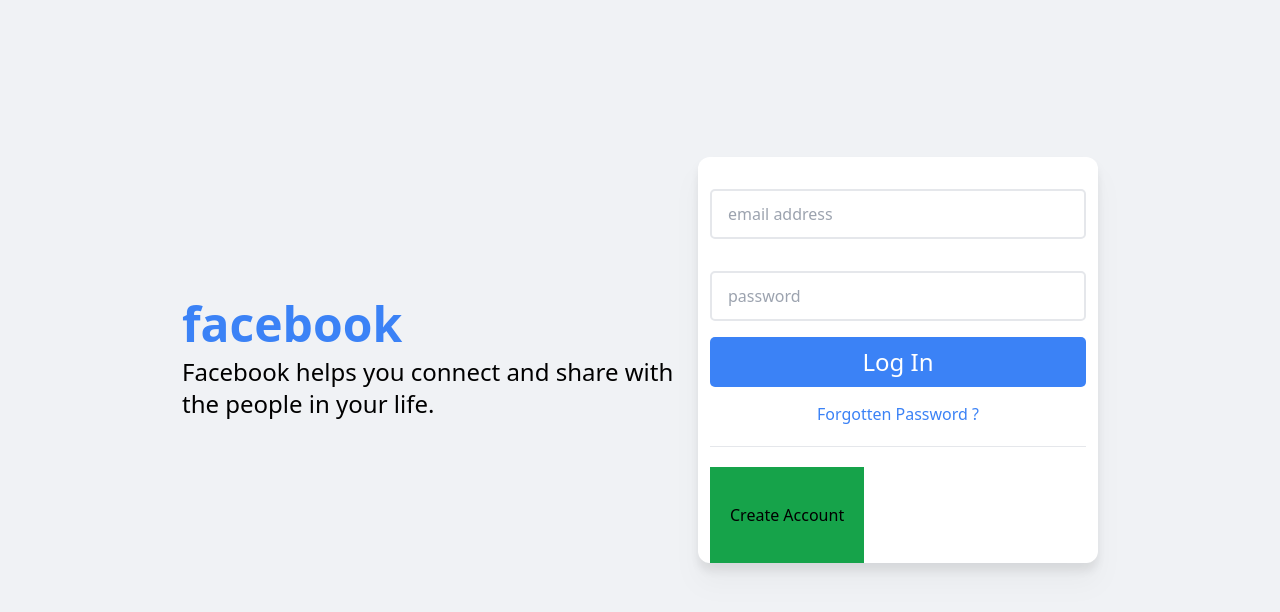
Repository: SOG-web/facebook-clone-react
Page: /
An editor plug-in stored every save of this project. The page is shown before and after the next save, followed by the edit.
The browser window is 1280 px wide. The pictures show the whole page.
The page's requests for data from a server got no answer. Some web libraries are served in a nearby version. The project was rebuilt for these pictures with package versions that can differ from the ones it lists, and the page was loaded fresh each time. No one was signed in, and anything a server would have sent is missing. Also part of the build but not shown: src/components/navbar.jsx.

Above is the page before, as saved 2022-08-31 14:26:04.

### public/index.html
<!DOCTYPE html>
<html lang="en">
  <head>
    <meta charset="utf-8" />
    <link rel="icon" href="%PUBLIC_URL%/favicon.ico" />
    <meta name="viewport" content="width=device-width, initial-scale=1" />
    <meta name="theme-color" content="#000000" />
    <meta
      name="description"
      content="Web site created using create-react-app"
    />
    <link rel="apple-touch-icon" href="%PUBLIC_URL%/logo192.png" />
    <!--
      manifest.json provides metadata used when your web app is installed on a
      user's mobile device or desktop. See https://developers.google.com/web/fundamentals/web-app-manifest/
    -->
    <link rel="manifest" href="%PUBLIC_URL%/manifest.json" />
    <!--
      Notice the use of %PUBLIC_URL% in the tags above.
      It will be replaced with the URL of the `public` folder during the build.
      Only files inside the `public` folder can be referenced from the HTML.

      Unlike "/favicon.ico" or "favicon.ico", "%PUBLIC_URL%/favicon.ico" will
      work correctly both with client-side routing and a non-root public URL.
      Learn how to configure a non-root public URL by running `npm run build`.
    -->
    <title>React App</title>
    <script
      src="https://kit.fontawesome.com/2345683446.js"
      crossorigin="anonymous"
    ></script>
  </head>
  <body>
    <noscript>You need to enable JavaScript to run this app.</noscript>
    <div id="root"></div>
    <!--
      This HTML file is a template.
      If you open it directly in the browser, you will see an empty page.

      You can add webfonts, meta tags, or analytics to this file.
      The build step will place the bundled scripts into the <body> tag.

      To begin the development, run `npm start` or `yarn start`.
      To create a production bundle, use `npm run build` or `yarn build`.
    -->
  </body>
</html>

### src/App.js
import React, { useEffect, useState } from 'react';

import Navbar from './components/navbar';
import Login from './pages/Login';
import { fireAuth } from './firebase';

function App() {
  const [user, setUser] = useState();

  const onAuthStateChanged = (user) => {
    console.log(user);
  };

  useEffect(() => {
    const subscriber = fireAuth.onAuthStateChanged(onAuthStateChanged);
    console.log(subscriber);
    return subscriber; // unsubscribe on unmount
  }, []);

  return <Login />;
}

export default App;

### src/pages/Login.jsx
import React from 'react';
import * as Yup from 'yup';
import { useFormik } from 'formik';
import { createUserWithEmailAndPassword } from 'firebase/auth';

import { fireAuth } from '../firebase';

const validationSchema = Yup.object({
  email: Yup.string()
    .email('Invalid email address')
    .label('Email')
    .required('Email is Required'),
  password: Yup.string()
    .min(8, 'Must be 6 characters or more')
    .matches(
      /^(?=.*[a-z])(?=.*[A-Z])(?=.*\d)(?=.*[@$!%*?&])[A-Za-z\d@$!%*?&]{6,}$/,
      'Password must contain at least one lowercase letter, one uppercase letter, one number and one special character'
    )
    .label('Password')
    .required('Password is required'),
});

function Login() {
  const formik = useFormik({
    initialValues: {
      email: '',
      password: '',
    },
    validationSchema: validationSchema,
    onSubmit: (values) => {
      console.log(values);
      createUserWithEmailAndPassword(fireAuth, values.email, values.password)
        .then((userCredential) => {
          // Signed in
          const user = userCredential.user;
          // ...
        })
        .catch((error) => {
          const errorCode = error.code;
          const errorMessage = error.message;
          console.log(errorMessage);
          // ..
        });
    },
  });

  return (
    <div className=' bg-[#f0f2f5] min-h-screen flex flex-row justify-center items-center gap-4'>
      <div className='flex flex-col item-start gap-2 w-[500px]'>
        <h1 className='text-5xl font-bold text-blue-500'>facebook</h1>
        <p className='text-2xl'>
          Facebook helps you connect and share with the people in your life.
        </p>
      </div>
      <div className='flex flex-col gap-2'>
        <div className='bg-white w-[400px] drop-shadow-xl rounded-xl px-3'>
          <form onSubmit={formik.handleSubmit} className='w-full'>
            <div className='mb-4 mt-4'>
              <input
                id='email'
                type='text'
                {...formik.getFieldProps('email')}
                placeholder='email address'
                className='h-[50px] p-4 w-full border-2 rounded-[5px] mt-4'
              />
              {formik.touched.email && formik.errors.email ? (
                <div>{formik.errors.email}</div>
              ) : null}
            </div>

            <div className='mb-4'>
              <input
                id='password'
                type='text'
                placeholder='password'
                {...formik.getFieldProps('password')}
                className='h-[50px] p-4 w-full border-2 rounded-[5px] mt-4'
              />
              {formik.touched.password && formik.errors.password ? (
                <div>{formik.errors.password}</div>
              ) : null}
            </div>

            <button
              type='submit'
              className='bg-blue-500 w-full h-[50px] rounded-[5px] text-white font-medium text-[24px]'
            >
              Log In
            </button>
          </form>
          <p className='text-blue-500 text-center mt-[15px] capitalize'>
            forgotten password ?
          </p>
          <hr className='bg-black h-[1px] mt-5 mb-5' />
          <button className=' bg-green-600 px-5 py-9'>Create Account</button>
        </div>
      </div>
    </div>
  );
}

export default Login;

### src/firebase.js
// Import the functions you need from the SDKs you need
import { initializeApp } from 'firebase/app';
import { getAnalytics } from 'firebase/analytics';
import { getFirestore } from 'firebase/firestore';
import { getAuth } from 'firebase/auth';
// TODO: Add SDKs for Firebase products that you want to use
// https://firebase.google.com/docs/web/setup#available-libraries

// Your web app's Firebase configuration
// For Firebase JS SDK v7.20.0 and later, measurementId is optional
const firebaseConfig = {
  apiKey: 'AIzaSyCliJAh0pk6lGBBOmiblgbm_2XlMeJhlY8',
  authDomain: 'facebook-clone-react-c8a3f.firebaseapp.com',
  projectId: 'facebook-clone-react-c8a3f',
  storageBucket: 'facebook-clone-react-c8a3f.appspot.com',
  messagingSenderId: '364663995490',
  appId: '1:364663995490:web:95bf78941ca9d5cd07e53b',
  measurementId: 'G-HP4XR8NQH9',
};

// Initialize Firebase
export const app = initializeApp(firebaseConfig);
export const analytics = getAnalytics(app);
export const fireStore = getFirestore(app);
export const fireAuth = getAuth(app);

Loaded but not shown: src/index.js (common file); src/index.css (common file); src/reportWebVitals.js (common file); tailwind.config.js (common file)

After the next save:
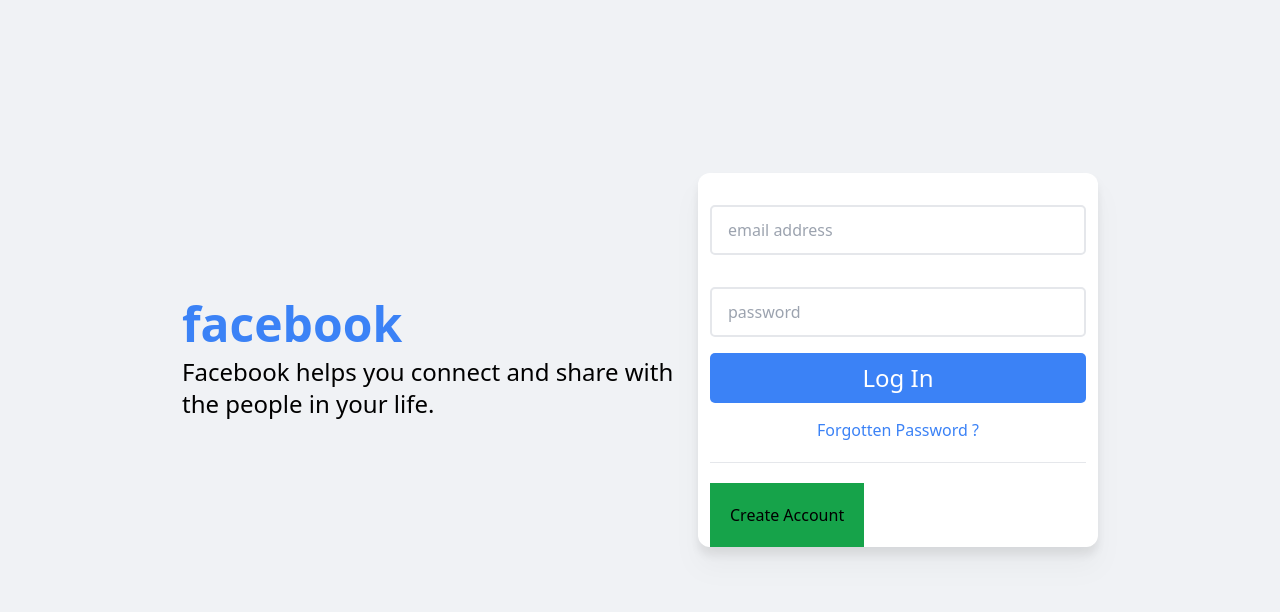
Saved 9 s later.
--- a/src/pages/Login.jsx
+++ b/src/pages/Login.jsx
@@ -92,7 +92,7 @@
             forgotten password ?
           </p>
           <hr className='bg-black h-[1px] mt-5 mb-5' />
-          <button className=' bg-green-600 px-5 py-9'>Create Account</button>
+          <button className=' bg-green-600 px-5 py-5'>Create Account</button>
         </div>
       </div>
     </div>
